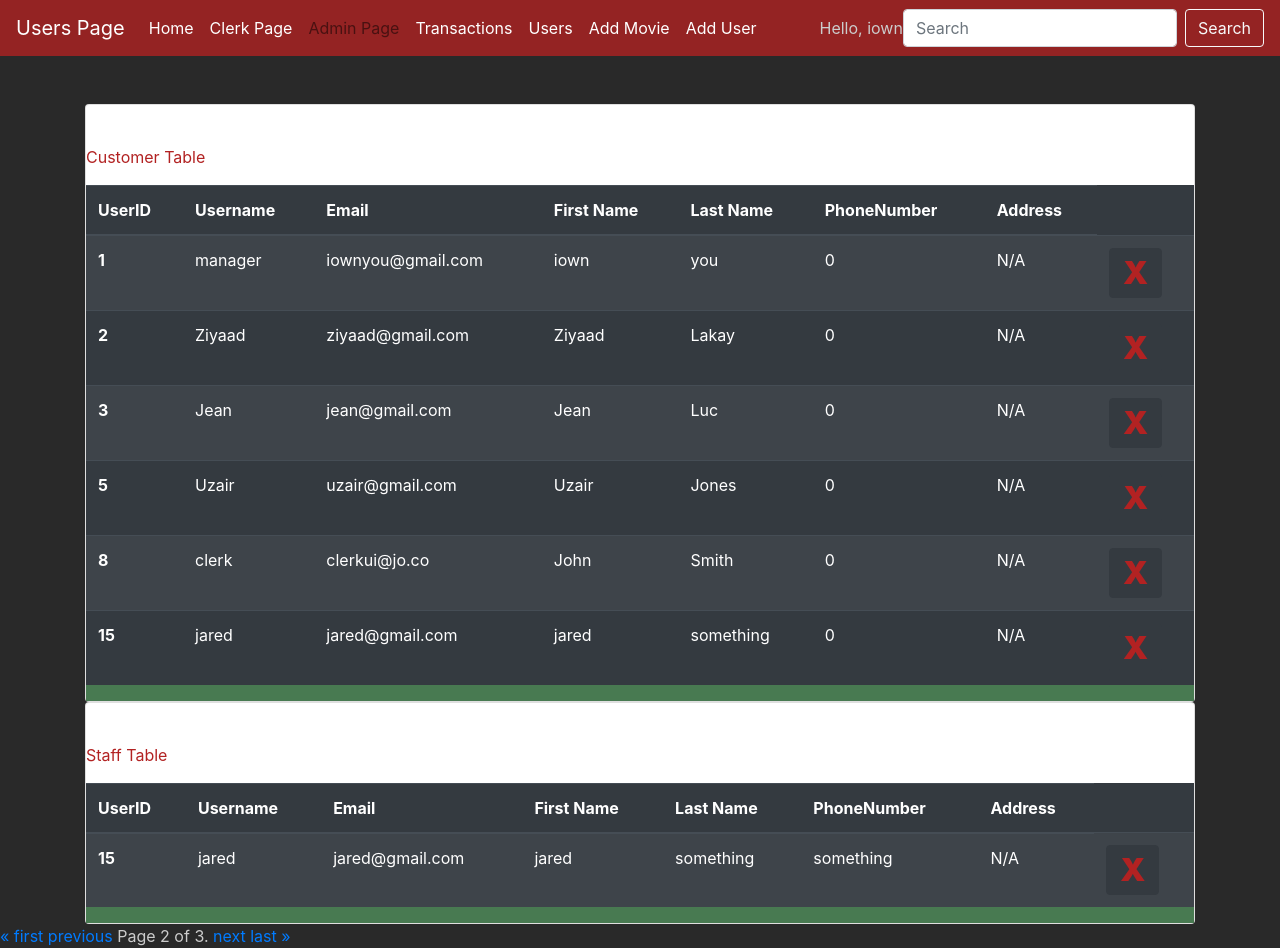
Repository: jeanluciradukunda/csc312.group.project
Page: http://localhost/userstbl/?page=2
These files come from the project's save history. The page is drawn as it stood at one moment and after the next save; the edit follows.
The browser window is 1280 px wide. The pictures show the whole page.
The page is served by the project's application, run on Django 2.2 (dvdstore/manage.py). The first stored user is signed in. The page reads the database file committed with the project.

Above is the page before, as saved 2019-09-14 17:06:00.

After the next save:
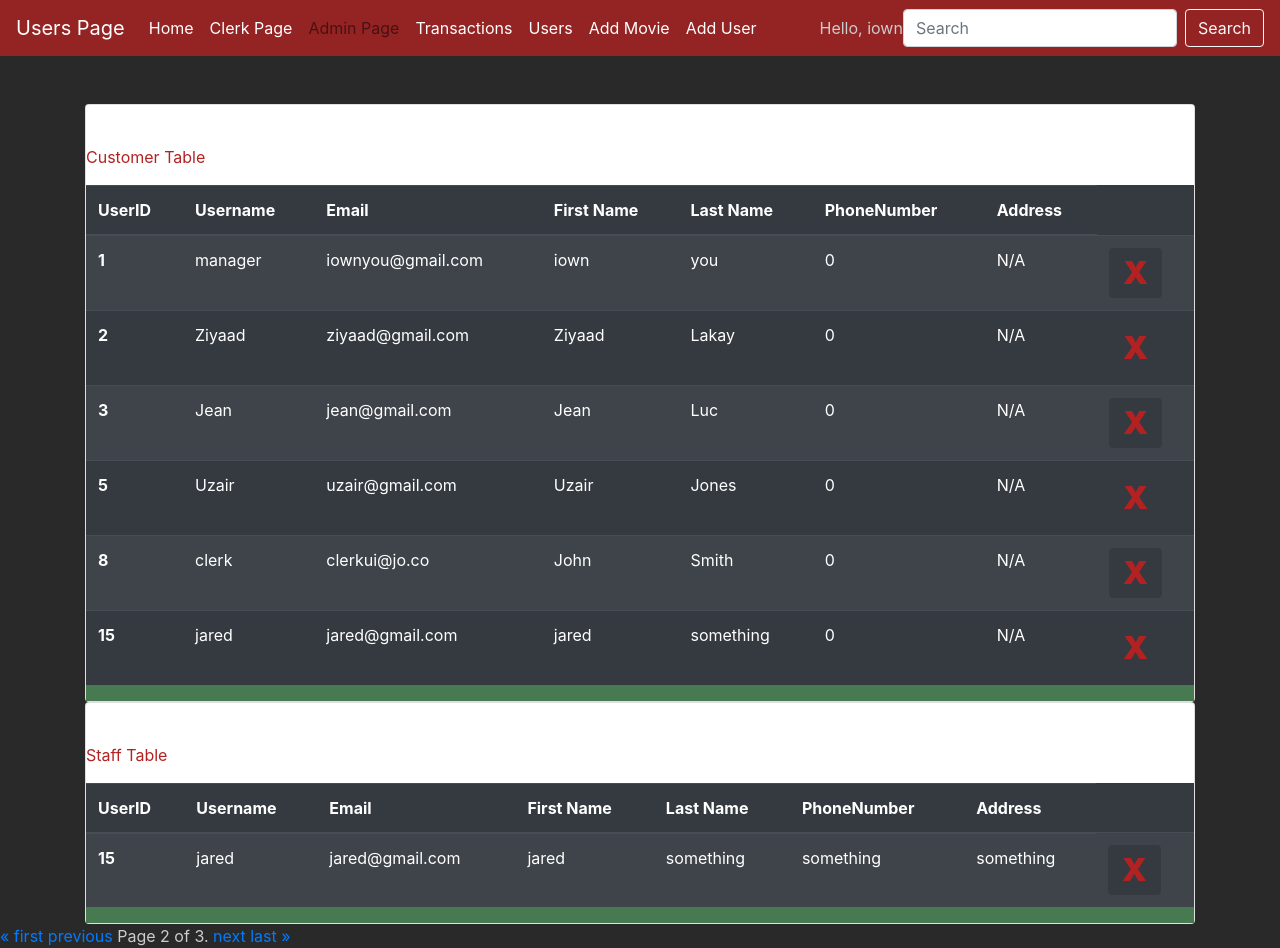
Saved 4 s later.
--- a/dvdstore/templates/userstbl.html
+++ b/dvdstore/templates/userstbl.html
@@ -155,7 +155,7 @@
                                   <td>{{use.first_name}}</td>
                                   <td>{{use.last_name}}</td>
                                   <td>{{use.last_name}}</td>
-                                  <td>N/A</td>
+                                  <td>{{use.last_name}}</td>
                                   {% if user.is_superuser %}
 
                                   <td>
